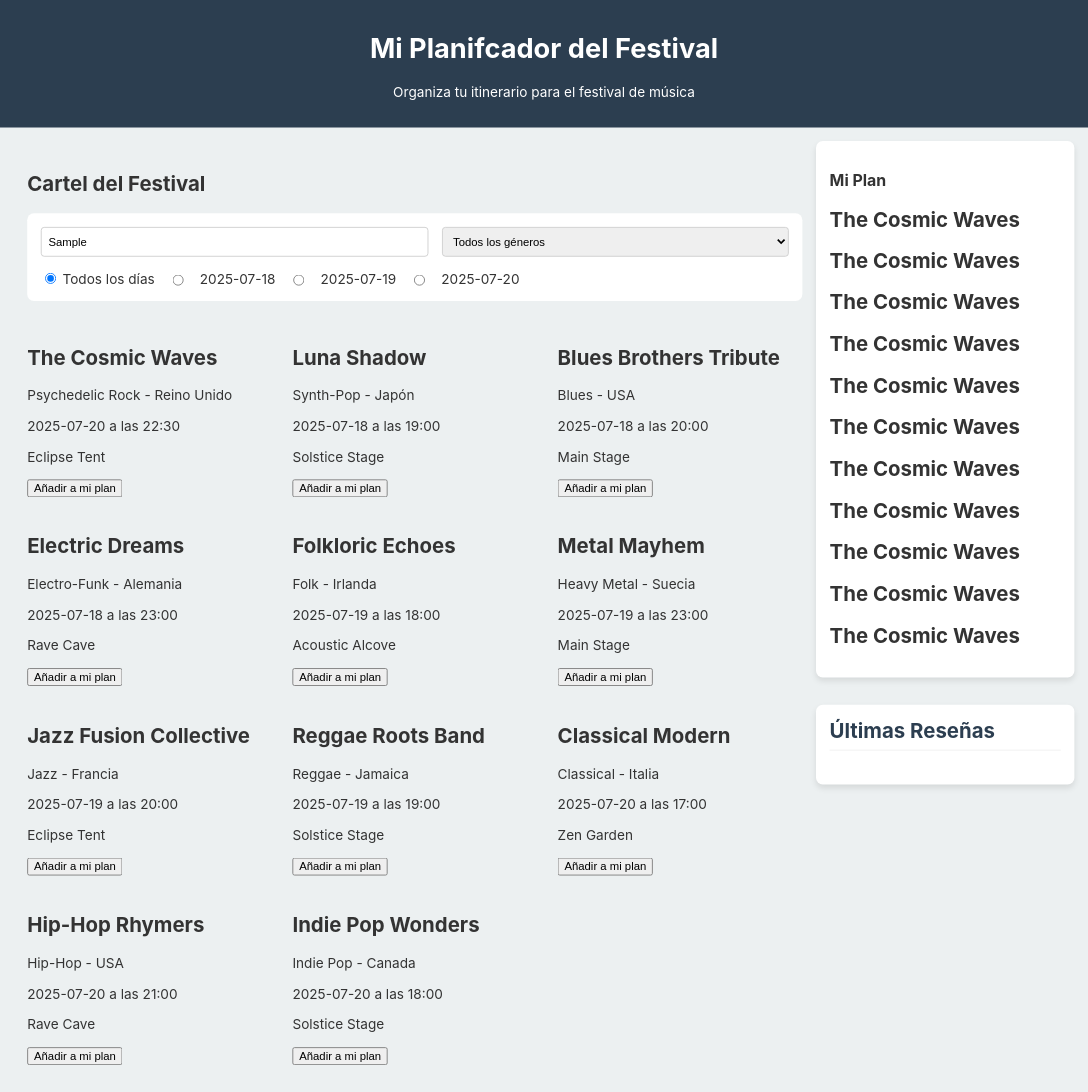
Repository: covaa15/DWEC
Page: Examen12_12_2025/index.html
These files come from the project's save history. The page is drawn as it stood at one moment and after the next save; the edit follows.
The browser window is 1280 px wide. The pictures show the whole page, at 85% of full size.
Empty fields were first filled with sample values (such as "Sample", 5 or name@example.com).
After loading, the first visible `#a1` was clicked once.

Above is the page before, as saved 2025-12-12 13:23:54.

After the next save:
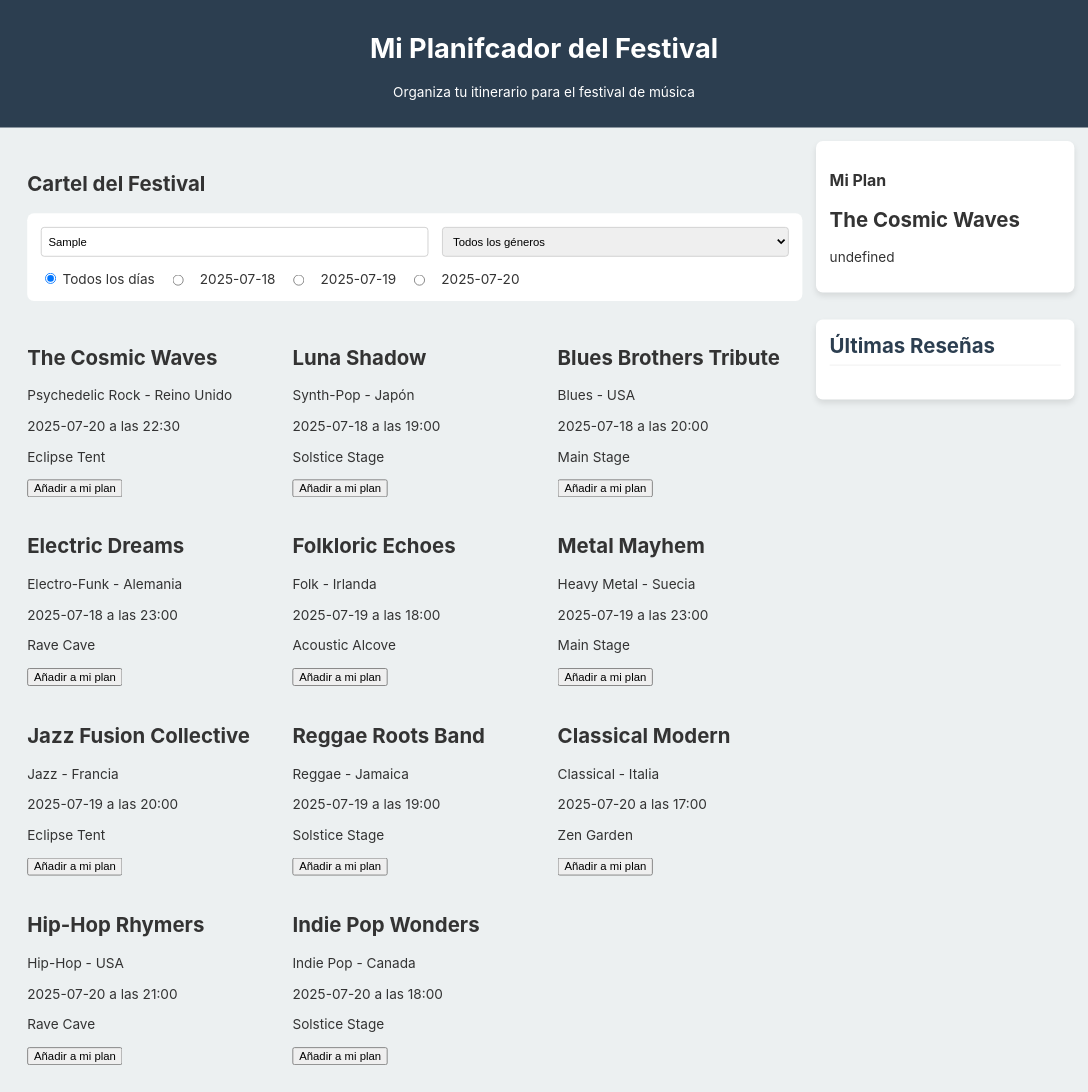
Saved 99 s later.
--- a/Examen12_12_2025/js/main.js
+++ b/Examen12_12_2025/js/main.js
@@ -166,8 +166,11 @@ function activarBotones(){
     document.querySelectorAll("button").forEach(btn => {
         btn.addEventListener("click", () => {
             let artista=obtenerArtista(btn.id);
-            listaPlanes.innerHTML=listaPlanes.innerHTML+`
+            let escenario=obtenerEscenario(artista.id);
+
+            listaPlanes.innerHTML=`
             <h1>${artista.nombre}</h1>
+            <p>${escenario.nombre}</p>
             `
 
         });
